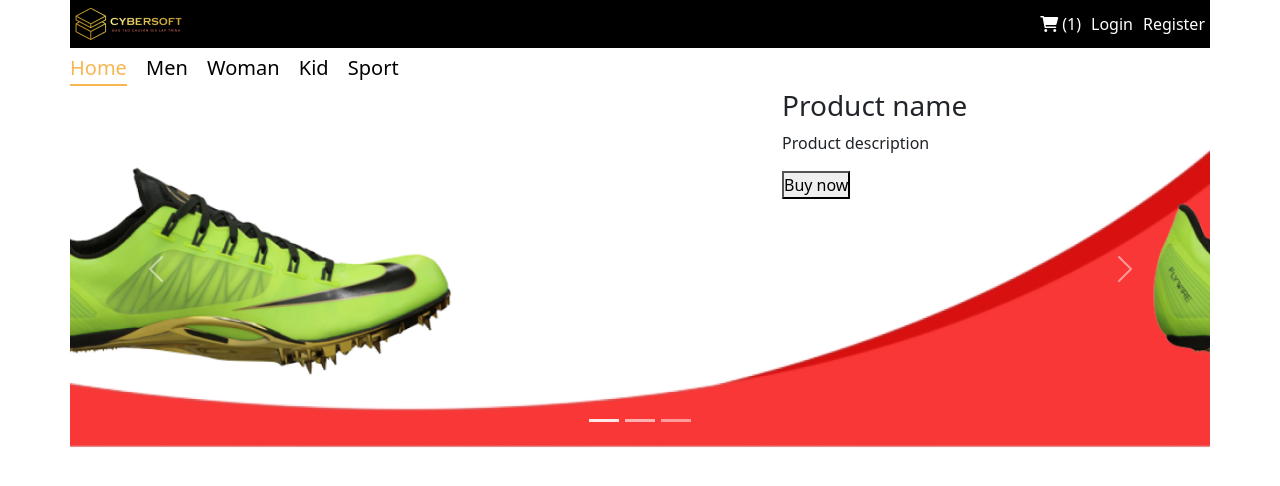
Repository: minhtrivu6199/Capstone_Shop
Page: index.html
The author's editor kept a copy of each file at every save. The page is drawn from the files as they stood at one save, then again after the next save.
The browser window is 1280 px wide. The pictures show the whole page.
The style sheet was rebuilt from its Sass, Less or Tailwind sources for each picture, by a compiler version that may differ from the author's.

Above is the page before, as saved 2022-11-01 16:00:51.

### index.html
<!DOCTYPE html>
<html lang="en">
  <head>
    <title>Cybersoft shop</title>
    <!-- Required meta tags -->
    <meta charset="utf-8" />
    <meta
      name="viewport"
      content="width=device-width, initial-scale=1, shrink-to-fit=no"
    />

    <!-- FONT -->
    <link rel="preconnect" href="https://fonts.googleapis.com" />
    <link rel="preconnect" href="https://fonts.gstatic.com" crossorigin />
    <link
      href="https://fonts.googleapis.com/css2?family=Inter:wght@100;200;300;400;500;600;700;800;900&display=swap"
      rel="stylesheet"
    />

    <!-- Bootstrap CSS v5.2.1 -->
    <link
      href="https://cdn.jsdelivr.net/npm/bootstrap@5.2.1/dist/css/bootstrap.min.css"
      rel="stylesheet"
      integrity="sha384-iYQeCzEYFbKjA/T2uDLTpkwGzCiq6soy8tYaI1GyVh/UjpbCx/TYkiZhlZB6+fzT"
      crossorigin="anonymous"
    />
    <!-- FontAwesome 6.2.0 CSS -->
    <link
      rel="stylesheet"
      href="https://cdnjs.cloudflare.com/ajax/libs/font-awesome/6.2.0/css/all.min.css"
      integrity="sha512-xh6O/CkQoPOWDdYTDqeRdPCVd1SpvCA9XXcUnZS2FmJNp1coAFzvtCN9BmamE+4aHK8yyUHUSCcJHgXloTyT2A=="
      crossorigin="anonymous"
      referrerpolicy="no-referrer"
    />
    <link rel="stylesheet" href="./css/style.min.css" />
  </head>

  <body>
    <header class="header">
      <div class="header-nav">
        <div class="container d-flex justify-content-between">
          <div class="brand-logo py-2">
            <a href="./index.html">
              <img src="./assets/img/image_3.png" alt="" class="brand-img" />
            </a>
          </div>
          <div class="nav-items">
            <a>
              <i class="fa fa-shopping-cart"></i>
              (1)
            </a>
            <a href="#" class="login">Login</a>
            <a href="./register.html" class="register">Register</a>
          </div>
        </div>
      </div>
      <div class="container">
        <div class="menu py-2">
          <div class="menu-items">
            <a class="active" href="">Home</a>
            <a href="">Men</a>
            <a href="">Woman</a>
            <a href="">Kid</a>
            <a href="">Sport</a>
          </div>
        </div>
      </div>
    </header>

    <section class="myCarousel">
      <div class="container position-relative">
        <div class="img-footer">
          <img src="./assets/img/image_6.png" alt="">
        </div>
        <div
          id="carouselExampleIndicators"
          class="carousel slide"
          data-bs-ride="carousel"
        >
          <div class="carousel-indicators">
            <button
              type="button"
              data-bs-target="#carouselExampleIndicators"
              data-bs-slide-to="0"
              class="active"
              aria-current="true"
              aria-label="Slide 1"
            ></button>
            <button
              type="button"
              data-bs-target="#carouselExampleIndicators"
              data-bs-slide-to="1"
              aria-label="Slide 2"
            ></button>
            <button
              type="button"
              data-bs-target="#carouselExampleIndicators"
              data-bs-slide-to="2"
              aria-label="Slide 3"
            ></button>
          </div>
          <div class="carousel-inner">
            <div class="carousel-item active">
              <div class="row">
                <div class="col-lg-8">
                  <div class="header-banner">
                    <img id="banner-img1" src="./assets/img/image_4.png" alt="" />
                  </div>
                </div>
                <div class="col-lg-4">
                  <h3 id="banner-name1">Product name</h3>
                  <p id="banner-description1">Product description</p>
                  <button class="btn-header">Buy now</button>
                </div>
              </div>
            </div>
            <div class="carousel-item">
              <div class="row">
                <div class="col-lg-8">
                  <div class="header-banner">
                    <img id="banner-img1" src="./assets/img/image_4.png" alt="" />
                  </div>
                </div>
                <div class="col-lg-4">
                  <h3 id="banner-name1">Product name</h3>
                  <p id="banner-description1">Product description</p>
                  <button class="btn-header">Buy now</button>
                </div>
              </div>
            </div>
            <div class="carousel-item">
              <div class="row">
                <div class="col-lg-8">
                  <div class="header-banner">
                    <img id="banner-img1" src="./assets/img/image_4.png" alt="" />
                  </div>
                </div>
                <div class="col-lg-4">
                  <h3 id="banner-name1">Product name</h3>
                  <p id="banner-description1">Product description</p>
                  <button class="btn-header">Buy now</button>
                </div>
              </div>
            </div>
          </div>
          <button
            class="carousel-control-prev"
            type="button"
            data-bs-target="#carouselExampleIndicators"
            data-bs-slide="prev"
          >
            <span class="carousel-control-prev-icon" aria-hidden="true"></span>
            <span class="visually-hidden">Previous</span>
          </button>
          <button
            class="carousel-control-next"
            type="button"
            data-bs-target="#carouselExampleIndicators"
            data-bs-slide="next"
          >
            <span class="carousel-control-next-icon" aria-hidden="true"></span>
            <span class="visually-hidden">Next</span>
          </button>
        </div>
      </div>
    </section>

    <!-- Bootstrap JavaScript Libraries -->
    <script
      src="https://cdn.jsdelivr.net/npm/@popperjs/core@2.11.6/dist/umd/popper.min.js"
      integrity="sha384-oBqDVmMz9ATKxIep9tiCxS/Z9fNfEXiDAYTujMAeBAsjFuCZSmKbSSUnQlmh/jp3"
      crossorigin="anonymous"
    ></script>

    <script
      src="https://cdn.jsdelivr.net/npm/bootstrap@5.2.1/dist/js/bootstrap.min.js"
      integrity="sha384-7VPbUDkoPSGFnVtYi0QogXtr74QeVeeIs99Qfg5YCF+TidwNdjvaKZX19NZ/e6oz"
      crossorigin="anonymous"
    ></script>
  </body>
</html>

### assets/scss/style.scss
@import './bases/variables';

.header {
    .header-nav {
        .container {
            background-color: #000;
            color: #fff;
            .nav-items {
                display:flex;
                justify-content: center;
                align-items: center;
                a {
                    padding: 5px;
                }
            }
        }
    }
    .menu {
        .menu-items {
            a {
                color: #000;
                margin-right: 15px;
                font-size: 20px;
                font-weight: 400;
                line-height: 24px;
                position: relative;
                &::after {
                    content: '';
                    position: absolute;
                    bottom: -5px;
                    left: 0;
                    border: 1px solid #f8b653;
                    width: 100%;
                    transition: all 0.2s ease-in-out;
                    transform: scaleX(0);
                }
                &:hover::after {
                    transform: scaleX(1);
                }
            }
            .active {
                color: #f8b653;
                &::after {
                    content: '';
                    position: absolute;
                    bottom: -5px;
                    left: 0;
                    border: 1px solid #f8b653;
                    width: 100%;
                    transform: scaleX(1);
                }
            }
        }
    }
}

.myCarousel {
    .img-footer {
        position: absolute;
        bottom: 0;
        left: 0;
        width: 100%;
    }
    .carousel-inner {

    }
}

### assets/scss/bases/_variables.scss



*, ::after, ::before {
    margin: 0;
    padding: 0;
    box-sizing: border-box;
}

html {
    font-family: 'Inter', sans-serif;
}

a {
    font-weight: 300;
    text-decoration: none;
    color: #fff;
    font-size: 16px;
    line-height: 19px;
    transition: all 0.2s ease-in-out;
    cursor: pointer;
    &:hover {
        color: #F8B653 !important;
    }
}

img {
    max-width: 100%;
    max-height: 100%;
}

.container {
    padding: 0;
}

After the next save:
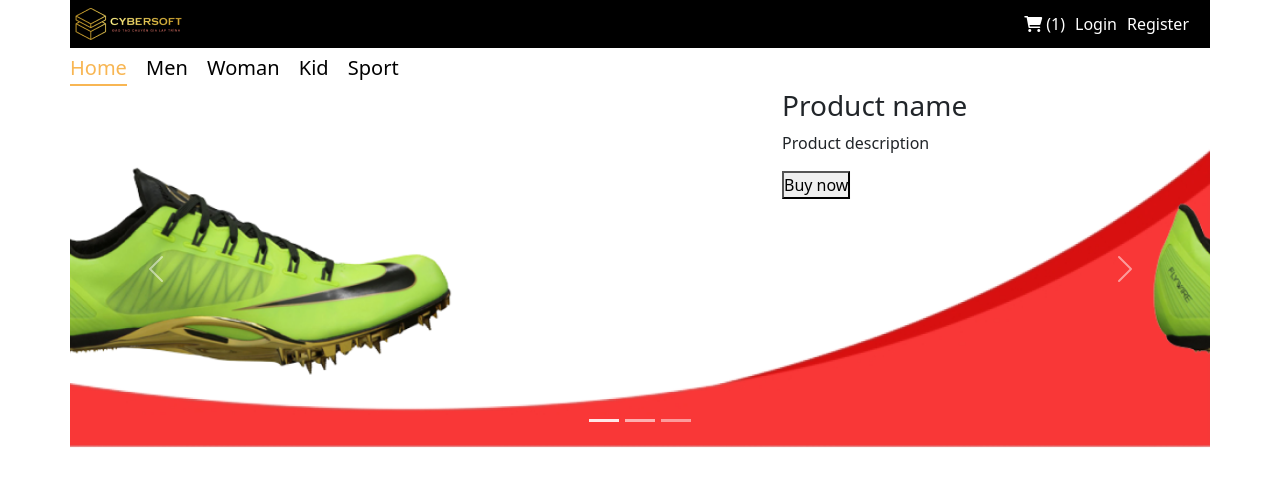
Saved 86 s later.
--- a/index.html
+++ b/index.html
@@ -44,7 +44,7 @@
               <img src="./assets/img/image_3.png" alt="" class="brand-img" />
             </a>
           </div>
-          <div class="nav-items">
+          <div class="nav-items me-3">
             <a>
               <i class="fa fa-shopping-cart"></i>
               (1)
